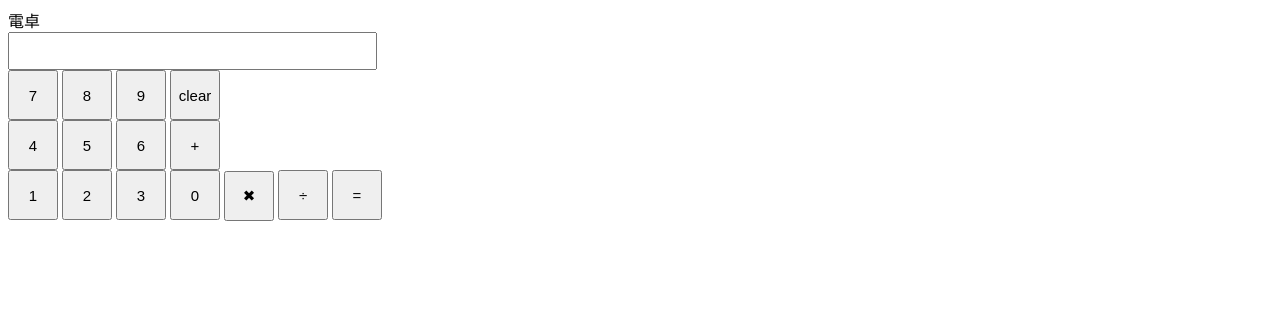
Repository: U-dias/work3
Page: 実践課題(電卓)/index.html
The author's editor kept a record of every edit. The page is drawn from the files as they stood at one moment, then again after the next edit.
The browser window is 1280 px wide. The pictures show the whole page.

Above is the page before.

### 実践課題(電卓)/index.html
<!DOCTYPE html>
 <meta charset="utf-8">
 <html>
  <link rel="stylesheet" href="main.css">
  <body>
 <div>電卓</div>
 <input style="font-size: 28px; text-align: right;"/><br />
 <script>
   function update(_v){
     document.querySelector('input').value = _v
   }
   function append(_v){
     document.querySelector('input').value += _v
   }
   function calc(){
        const v = document.querySelector( 'input' ).value
        try{
        const f = new Function( 'return ' + v )
        update( f().toString() )}
        catch( _error){
          update( _error)
        }
}
 </script>
 <button onclick="append('7')">7</button>
 <button onclick="append('8')">8</button>
 <button onclick="append('9')">9</button>
 <button onclick="update(' ')">clear</button><br />

 <button onclick="append('4')">4</button>
 <button onclick="append('5')">5</button>
 <button onclick="append('6')">6</button>
 <button onclick="append('+')">+</button><br />

 <button onclick="append('1')">1</button>
 <button onclick="append('2')">2</button>
 <button onclick="append('3')">3</button>

 <button onclick="append('0')">0</button>

 <button onclick="append('*')">✖︎</button>
 <button onclick="append('/')">÷</button>

 <button onclick="calc()">=</button>

 </body></html>

### 実践課題(電卓)/main.css
button {
  width:50px;
  height:50px;
  font-size:15px;
}

After the next edit:
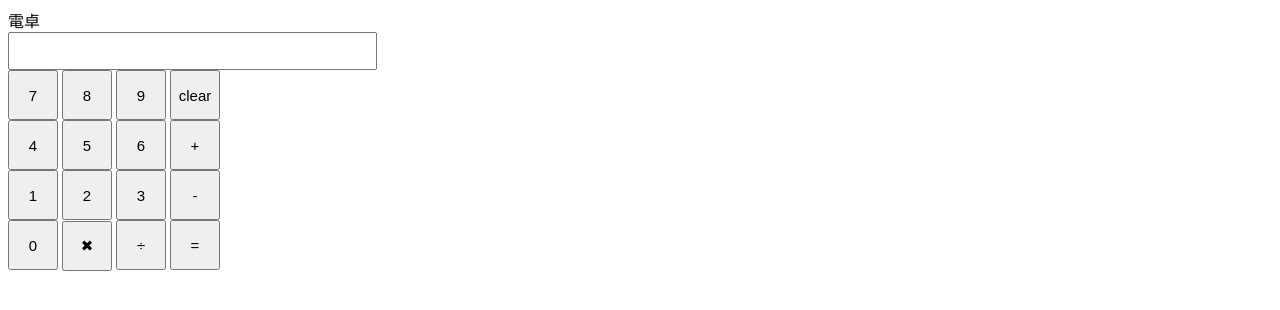
The edit:
--- a/実践課題(電卓)/index.html
+++ b/実践課題(電卓)/index.html
@@ -35,6 +35,7 @@
  <button onclick="append('1')">1</button>
  <button onclick="append('2')">2</button>
  <button onclick="append('3')">3</button>
+  <button onclick="append('-')">-</button><br />
 
  <button onclick="append('0')">0</button>
 
